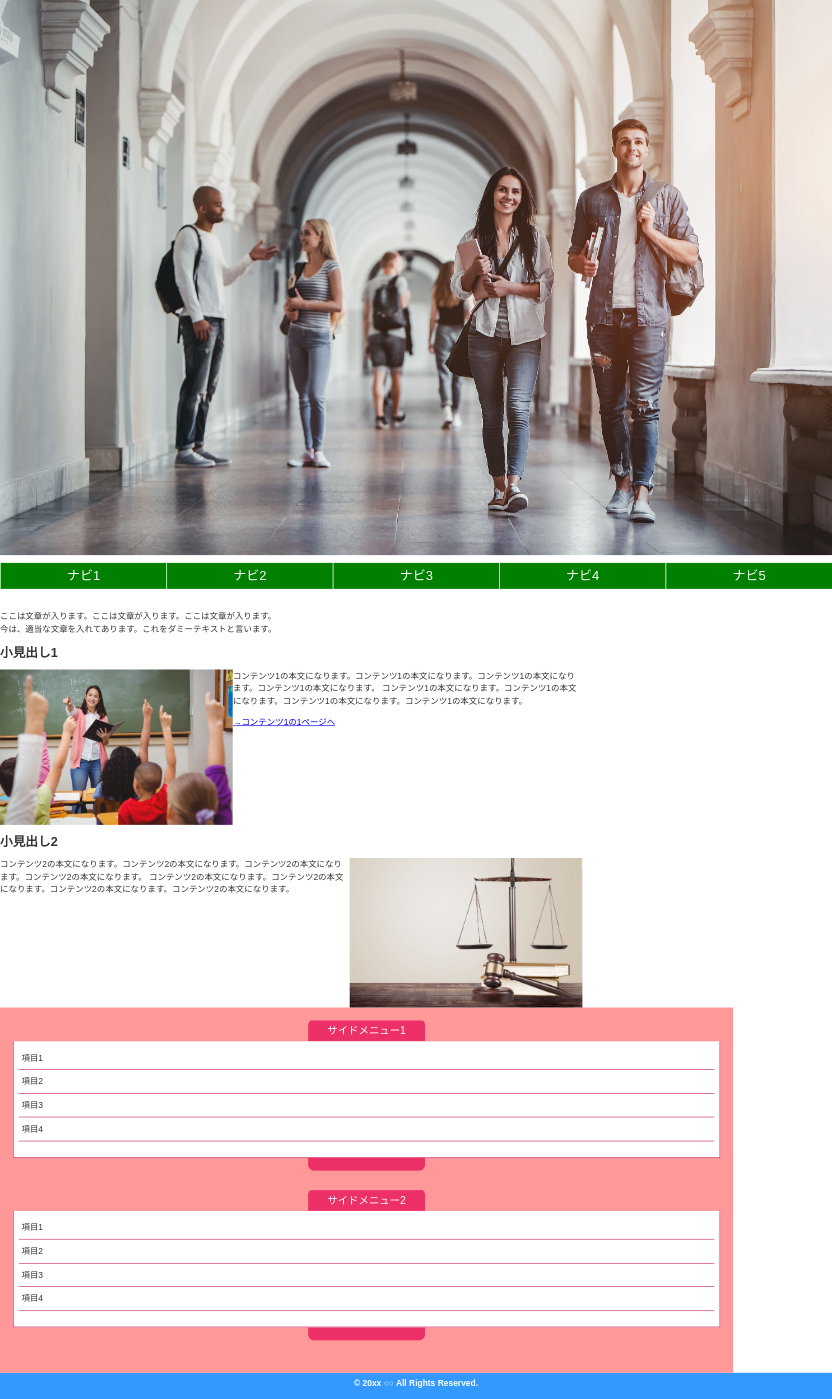
Repository: ishikawa-san/samurai_HTML-CSS
Page: home.html
The author's editor kept a record of every edit. The page is drawn from the files as they stood at one moment, then again after the next edit.
The browser window is 1280 px wide. The pictures show the whole page, at 65% of full size.

Above is the page before.

### home.html
<!DOCTYPE html>
<html lang="ja">
    <head>
        <meta charset="UTF-8">
        <title>HTML/CSSの学習</title>
        <link rel="stylesheet" href="stylesheet.css">
    </head>
    <body>
        <div id="header">
            <h1><a href="index.html"><img id="corridor" src="images/corridor.jpg" alt="大学の廊下" /></a></h1>
        </div>
        <div id="wrapper">
            <div id="nav">
                <ul>
                    <li><a href="home.html">ナビ1</a></li>
                    <li><a href="#">ナビ2</a></li>
                    <li><a href="#">ナビ3</a></li>
                    <li><a href="#">ナビ4</a></li>
                    <li><a href="#">ナビ5</a></li>
                </ul>
            </div>
            <div id="container">
              <div class="main">
                <div class="post">
                  <p>ここは文章が入ります。ここは文章が入ります。ここは文章が入ります。<br />今は、適当な文章を入れてあります。これをダミーテキストと言います。</p>
                </div>
                <div class="post clearfix">
                  <h2>小見出し1</h2>
                  <img class="left" src="images/classroom.jpg" alt="授業風景" />
                  <p>
                    コンテンツ1の本文になります。コンテンツ1の本文になります。コンテンツ1の本文になります。コンテンツ1の本文になります。
                    コンテンツ1の本文になります。コンテンツ1の本文になります。コンテンツ1の本文になります。コンテンツ1の本文になります。
                  </p>
                  <p><a href="#">→コンテンツ1の1ページへ</a></p>
                </div>
                <div class="post clearfix">
                  <h2>小見出し2</h2>
                  <img class="right" src="images/scale.jpg" alt="天秤" />
                  <p>
                    コンテンツ2の本文になります。コンテンツ2の本文になります。コンテンツ2の本文になります。コンテンツ2の本文になります。
                    コンテンツ2の本文になります。コンテンツ2の本文になります。コンテンツ2の本文になります。コンテンツ2の本文になります。
                  </p>
                </div>
              </div>
            </div>
            <div id="side">
              <div class="box">
                <h2>サイドメニュー1</h2>
                <div class="boxBody">
                  <ul>
                    <li>項目1</li>
                    <li>項目2</li>
                    <li>項目3</li>
                    <li>項目4</li>
                  </ul>
                </div>
              </div>
              <div class="box">
                <h2>サイドメニュー2</h2>
                <div class="boxBody">
                  <ul>
                    <li>項目1</li>
                    <li>項目2</li>
                    <li>項目3</li>
                    <li>項目4</li>
                  </ul>
                </div>
              </div>
            </div>
        </div>
        <div id="footer">
            <p>&copy; 20xx ○○ All Rights Reserved.</p>
        </div>
    </body>
</html>

### stylesheet.css
@charset "utf-8";

body {
	margin: 0;
	padding: 0;
	font-family: "ヒラギノ角ゴ Pro W3", "Hiragino Kaku Gothic Pro", "メイリオ", Meiryo, Osaka, "ＭＳ Ｐゴシック", "MS PGothic", sans-serif;
	color: #333;
	font-size: 13px;
	line-height: 150%;
}

/* -------------------- wrapper -------------------- */
#wrapper {
    width: 100%;
    margin: auto;
    padding: 0px;
    border: 0px;
    background-color: #FFF;
    top: 10px;
    position: relative;
}

/* -------------------- header -------------------- */
#header {
	width: 100%;
}
#header h1 {
	margin: 0;
	padding: 0;
}

#corridor {
	width: 100%;
	height: auto;
}

/* -------------------- footer -------------------- */
#footer {
	clear: both;
	width: 100%;
	padding: 3px 0 3px 0;
	background: #39F;
	color: #FFF;
	font-weight: bold;
	text-align: center;
}

/* -------------------- nav -------------------- */
#nav {
	width: 100%;
}
#nav ul {
    display: flex;
	margin: 0;
	padding: 0;
	list-style-type: none;
}
#nav ul li {
	width: 20%;
	text-align: center;
}
#nav ul li a {
	display: block;
	height: 20px;
	margin: 0;
	padding: 10px;
	color: #FFF;
	font-size: 20px;
	text-decoration: none;
	background-color: green;
    border-left: 1px solid white;
}

#nav ul li a:hover {
    filter: drop-shadow(10px 10px 10px black);
}

/* -------------------- container -------------------- */
#container {
    width: 100%;
    margin: auto;
    padding: auto;
    padding-top: 20px;
    clear: both;
    display: grid;
    grid-template-columns: 70vw 30vw;
}
/* -------------------- main -------------------- */
#main {
    width: 95%;
    padding: 10px 30px 10px 10px;
}
#main h2 {
    margin: 0 0 10px 0;
    padding: 3px 10px 3px 10px;
    color: #FFF;
    font-size: 16px;
    border-left: solid 10px #C00;
    background: #F90 right top repeat-y;
}
#main p {
    margin: 0;
    padding: 0;
}
#main .post {
    margin: 0 0 30px 0;
}

#main .post img.right {
    margin: 0 0 0 8px;
}
#main .post img.left {
    margin: 0 8px 0 0;
}

.right {
    float: right;
    width: 40%;
    height: auto;
}
.left {
    float: left;
    width: 40%;
    height: auto;
}

/* -------------------- clearfix -------------------- */
.clearfix {
    zoom: 1;
}
.clearfix:after {
    content: "";
    display: block;
    clear: both;
}

/* -------------------- side -------------------- */
#side {
    width: 85%;
    padding: 20px;
    background-color: #F99;
}
#side .box {
    margin: 0 auto 30px auto;
    padding: 0 0 20px 0;
    background: url(images/side_box.png) bottom no-repeat;
}
#side .box h2 {
    margin: 0;
    padding: 8px;
    text-align: center;
    color: #fff;
    font-size: 16px;
    line-height: 16px;
    font-weight: normal;
    background: url(images/side_box_h2.png) center no-repeat;
}
#side .box .boxBody {
    padding: 8px;
    border-right: solid 1px #C36;
    border-bottom: solid 1px #C36;
    border-left: solid 1px #C36;
    background: #fff;
}
#side .box .boxBody ul {
    margin: 0 0 16px 0;
    padding: 0;
}
#side .box .boxBody ul li {
    padding: 8px 0 8px 4px;
    list-style: none;
    border-bottom: solid 1px #C36;
}

#side .box .boxBody ul li:hover {
	padding: 8px 0 8px 4px;
	list-style: none;
	border-bottom: solid 1px #C36;
	box-shadow: 0px 4px 4px rgba(0, 0, 0, 0.3);
}

After the next edit:
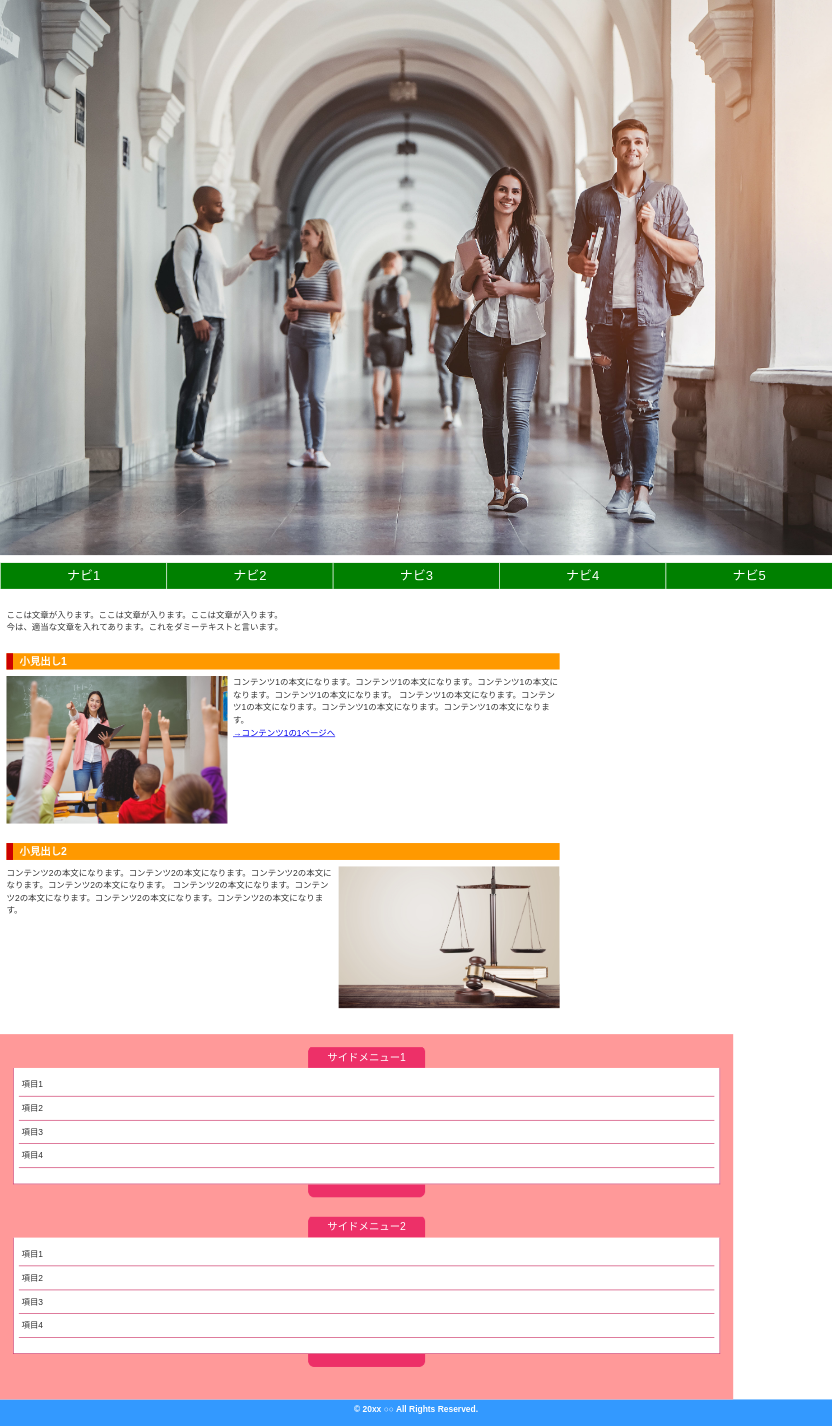
The edit:
--- a/home.html
+++ b/home.html
@@ -20,7 +20,7 @@
                 </ul>
             </div>
             <div id="container">
-              <div class="main">
+              <div id="main">
                 <div class="post">
                   <p>ここは文章が入ります。ここは文章が入ります。ここは文章が入ります。<br />今は、適当な文章を入れてあります。これをダミーテキストと言います。</p>
                 </div>
